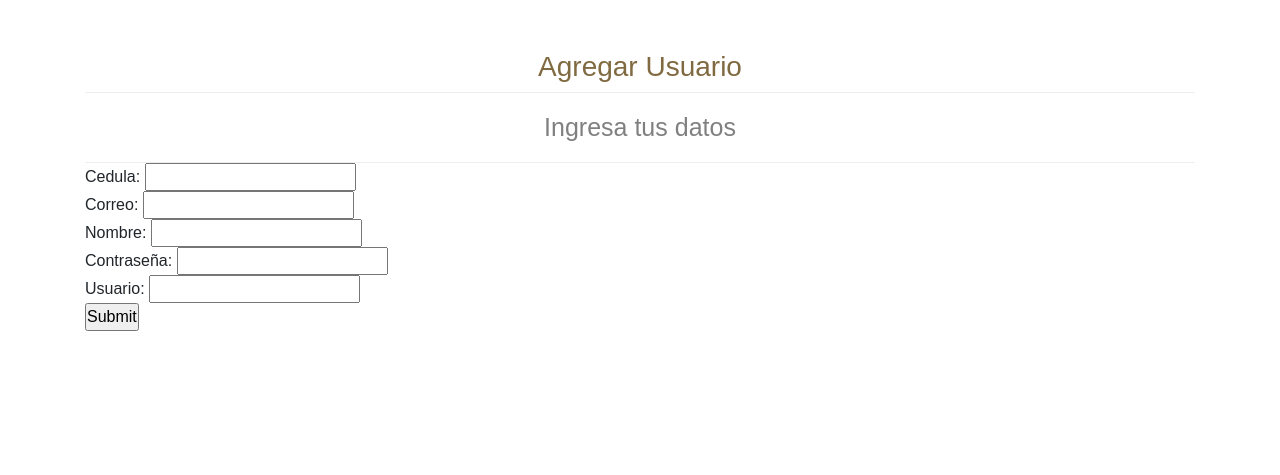
Repository: andresrojas686/tiendaGenericaMintic
Page: primerJSP/src/main/webapp/agregarUsuario.html
These files come from the project's save history. The page is drawn as it stood at one moment and after the next save; the edit follows.
The browser window is 1280 px wide. The pictures show the whole page.

Above is the page before, as saved 2021-09-15 21:57:30.

### primerJSP/src/main/webapp/agregarUsuario.html
<!DOCTYPE html>
<html>
<head>
<meta charset="ISO-8859-1">
<link rel="stylesheet" href="style/styles.css">
<link rel="stylesheet" href="style/main.css">
<title>Agregar usuario</title>
</head>
<body>
	<h1 class="titulo-tienda">Agregar Usuario</h1>
	<section class="main">
		<div class="container">
			<section class="row">
				<div class="col">
					<div class="border-top border-bottom py-3">
						<p class="ingresa">Ingresa tus datos</p>
					</div>
					<div>
						<form action="agregarUsuario.jsp" method = "post">
							<div>
								<span>Cedula:</span>
								<input type = "text" name = "cedula">
							</div>
							<div>
								<span>Correo:</span>
								<input type = "text" name = "correo">
							</div>
							<div>
								<span>Nombre:</span>
								<input type = "text" name = "nombre">
							</div>
							<div>
								<span>Contraseña:</span>
								<input type = "text" name = "pass">
							</div>
							<div>
								<span>Usuario:</span>
								<input type = "text" name = "usuario">
							</div>
							<div>
								<input type = "submit">
							</div>
						</form>
					</div>
				</div>
			</section>
		</div>
	</section>


</body>
</html>

### primerJSP/src/main/webapp/style/styles.css
@charset "ISO-8859-1";
*{
    margin: 0;
    padding: 0;
}
.titulo-tienda{
  text-align: center;
  margin-top: 50px;
  font-family:Arial, Helvetica, sans-serif;
  font-size: 28px;
  color: #806a41;
}
.ingresa{
  text-align: center;
  font-size: 25px;
  color: grey;
}
form label{
  margin-left: 50px;
  margin-top: 7px;
  margin-bottom: 7px;
}
.usuario{
  display: flex;
}
form label input{
  flex-wrap: wrap;
  width: 75vw;
  height: 35px;
  font-size: 15px;
  /* border-radius: 5px; */
}

.contenedor-botones{
  margin-top: 20px;
  display: flex;
  width: 100%;
}

.botones-usuario{
  margin: 0 auto;
  width: 150px;
  height: 40px;
  color: white;
  border: 2px solid #806a41;
  background-color: #806a41;
  border-radius: 10px;
  cursor: pointer;
}
.botones-usuario a{
  color: white;
}
.botones-usuario:hover{
  background-color: white;
  color: #806a41;
  box-shadow: 3px 3px 3px gray;
}
.enlace-usuario{
  text-align: center;
  padding-top: 5px;
  width: 150px;
  height: 40px;
  color: white;
  border: 2px solid #806a41;
  background-color: #806a41;
  border-radius: 10px;
}
.enlace-usuario:hover{
  text-align: center;
  padding-top: 5px;
  width: 150px;
  height: 40px;
  color: white;
  border: 2px solid #806a41;
  background-color: white;
  color: #806a41;
  border-radius: 10px;
}

.agregar-usuario{
  background-color: #806a41 !important;
  border: none !important;
  margin-top: 15px;
}
.agregar-usuario:hover{
  box-shadow: 3px 3px 3px gray;
}


.editar-usuario{
  background-color: #806a41 !important;
  border: none !important;
  margin: 5px;
}
.editar-usuario:hover{
  box-shadow: 3px 3px 3px gray;
}

.eliminar-usuario{
  background-color: #806a41 !important;
  border: none !important;
  margin: 5px;
}
.eliminar-usuario:hover{
  box-shadow: 3px 3px 3px gray;
}


.titulo-tabla{
  color: #806a41;
}
.titulo-tabla-centrada{
  color: #806a41;
  text-align: center;
}

Loaded but not shown: primerJSP/src/main/webapp/style/main.css (library)

After the next save:
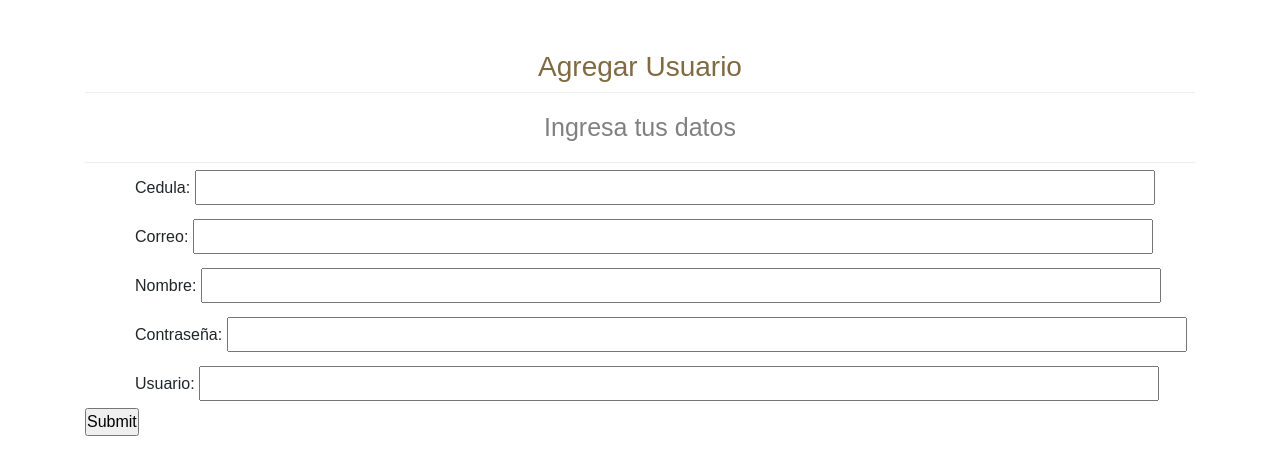
Saved 40 s later.
--- a/primerJSP/src/main/webapp/agregarUsuario.html
+++ b/primerJSP/src/main/webapp/agregarUsuario.html
@@ -17,23 +17,23 @@
 					</div>
 					<div>
 						<form action="agregarUsuario.jsp" method = "post">
-							<div>
+							<label>
 								<span>Cedula:</span>
 								<input type = "text" name = "cedula">
-							</div>
-							<div>
+							</label>
+							<label>
 								<span>Correo:</span>
 								<input type = "text" name = "correo">
-							</div>
-							<div>
+							</label>
+							<label>
 								<span>Nombre:</span>
 								<input type = "text" name = "nombre">
-							</div>
-							<div>
+							</label>
+							<label>
 								<span>Contraseña:</span>
 								<input type = "text" name = "pass">
-							</div>
-							<div>
+							</label>
+							<label>
 								<span>Usuario:</span>
 								<input type = "text" name = "usuario">
 							</div>
